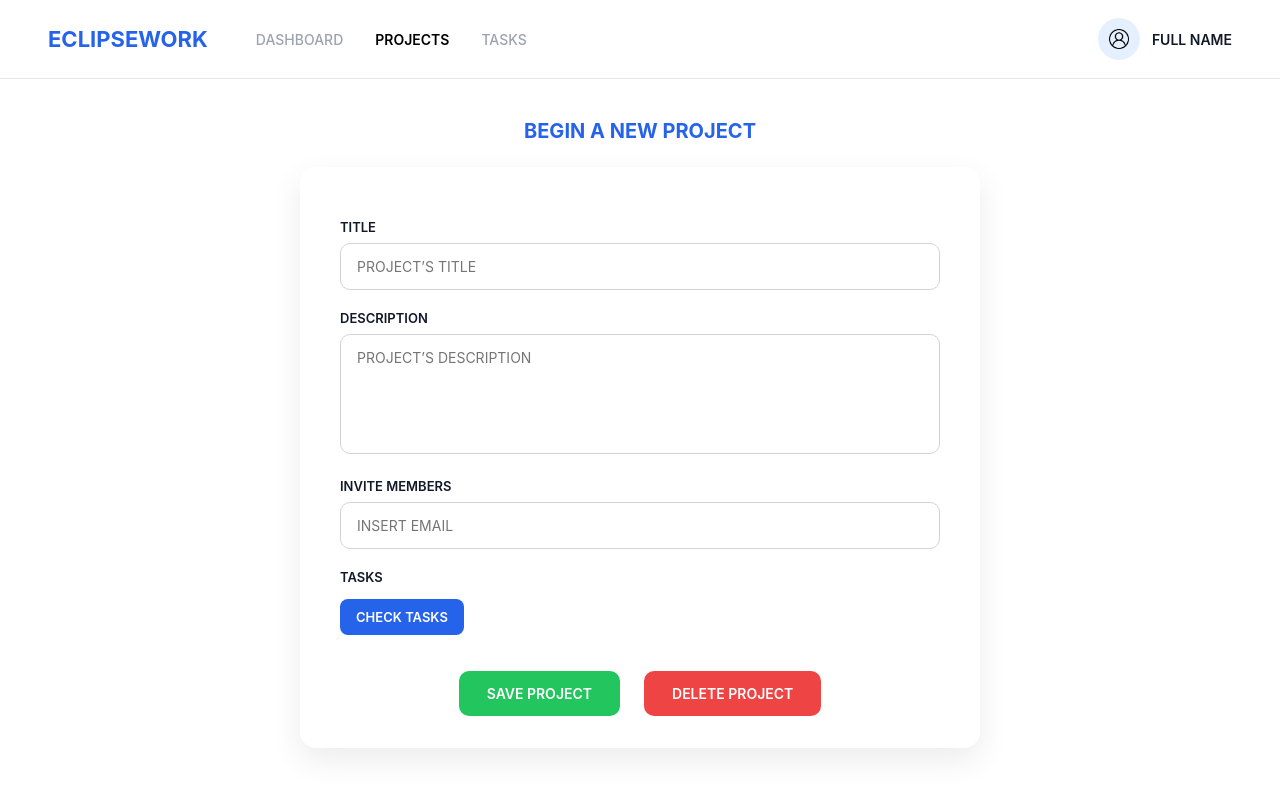
Repository: lynaannou/work-management-app
Page: src/main/resources/ressources/view/project-form.html
The author's editor kept a copy of each file at every save. The page is drawn from the files as they stood at one save, then again after the next save.
The browser window is 1280 px wide. The pictures show the whole page.

Above is the page before, as saved 2025-12-24 22:56:14.

### src/main/resources/ressources/view/project-form.html
<!DOCTYPE html>
<html lang="en">
<head>
  <meta charset="UTF-8">
  <title>ECLIPSEWORK – Project</title>
  <link rel="stylesheet" href="project-form.css">
</head>
<body>

<!-- =========================
     NAVBAR
========================= -->
<div class="navbar">
  <div class="nav-left">
    <div class="brand">ECLIPSEWORK</div>

    <div class="nav-links">
      <a href="#" onclick="goDashboard()">DASHBOARD</a>
      <a href="#" class="active">PROJECTS</a>
      <a href="#" onclick="goTasks()">TASKS</a>
    </div>
  </div>

  <div class="nav-right">
    <div class="avatar">
      <img src="user.png" alt="user">
    </div>
    <div class="user-name">FULL NAME</div>
  </div>
</div>

<!-- =========================
     PAGE TITLE
========================= -->
<h2 class="page-title">BEGIN A NEW PROJECT</h2>

<!-- =========================
     PROJECT FORM
========================= -->
<div class="form-container">

  <label>TITLE</label>
  <input
    type="text"
    id="projectTitle"
    placeholder="PROJECT’S TITLE"
  />

  <label>DESCRIPTION</label>
  <textarea
    id="projectDescription"
    placeholder="PROJECT’S DESCRIPTION"
  ></textarea>

  <label>INVITE MEMBERS</label>
  <input
    type="email"
    id="inviteEmail"
    placeholder="INSERT EMAIL"
  />

  <label>TASKS</label>
  <button class="btn-secondary" onclick="checkTasks()">
    CHECK TASKS
  </button>

  <div class="actions">
    <button class="btn-save" onclick="saveProject()">
      SAVE PROJECT
    </button>

    <button class="btn-delete" onclick="deleteProject()">
      DELETE PROJECT
    </button>
  </div>
</div>

<script>
function goDashboard() {
  if (window.java && window.java.goDashboard) {
    window.java.goDashboard();
  }
}

function goTasks() {
  if (window.java && window.java.goTasks) {
    window.java.goTasks();
  }
}

function checkTasks() {
  console.log("📋 Check tasks clicked");
}

function saveProject() {
  console.log("💾 Save project clicked");
}

function deleteProject() {
  console.log("🗑️ Delete project clicked");
}
</script>
<script>
/* =========================
   USER CONTEXT INITIALIZATION
========================= */
(function initUserContext() {

  if (!window.javaBridge) {
    console.error("❌ javaBridge not available");
    return;
  }

  const raw = window.javaBridge.getCurrentUserInfo();

  if (!raw || raw === "{}") {
    console.error("❌ No authenticated user");
    return;
  }

  try {
    const user = JSON.parse(raw);

    // Global user object (SINGLE SOURCE OF TRUTH)
    window.currentUser = {
      id: user.userId,
      fullName: user.firstName + " " + user.lastName,
      email: user.email,
      role: user.role
    };

    // Update header
    const nameEl = document.querySelector(".user-name");
    if (nameEl) {
      nameEl.textContent = window.currentUser.fullName;
    }

    console.log("✅ Current user loaded:", window.currentUser);

  } catch (e) {
    console.error("❌ Failed to parse user info", e);
  }
})();
</script>


</body>
</html>

### src/main/resources/ressources/view/project-form.css
/* =========================
   RESET
========================= */
* {
  margin: 0;
  padding: 0;
  box-sizing: border-box;
  font-family: "Inter", "Segoe UI", sans-serif;
}

body {
  background: #ffffff;
  color: #111827;
}

/* =========================
   NAVBAR
========================= */
.navbar {
  display: flex;
  justify-content: space-between;
  align-items: center;
  padding: 18px 48px;
  border-bottom: 1px solid #e5e7eb;
}

.nav-left {
  display: flex;
  align-items: center;
  gap: 48px;
}

.brand {
  font-size: 22px;
  font-weight: 700;
  color: #2563eb;
}

.nav-links {
  display: flex;
  gap: 32px;
}

.nav-links a {
  text-decoration: none;
  font-size: 14px;
  font-weight: 500;
  color: #9ca3af;
}

.nav-links a.active {
  color: #000;
  font-weight: 600;
}

.nav-right {
  display: flex;
  align-items: center;
  gap: 12px;
}

.avatar {
  width: 42px;
  height: 42px;
  border-radius: 50%;
  background: #e5f0ff;
  display: flex;
  align-items: center;
  justify-content: center;
}

.avatar img {
  width: 20px;
}

.user-name {
  font-size: 14px;
  font-weight: 600;
}

/* =========================
   TITLE
========================= */
.page-title {
  margin: 40px 0 24px;
  text-align: center;
  font-size: 20px;
  font-weight: 700;
  color: #2563eb;
}

/* =========================
   FORM CONTAINER
========================= */
.form-container {
  width: 680px;
  margin: 0 auto 60px;
  background: #ffffff;
  border-radius: 16px;
  padding: 32px 40px;
  box-shadow: 0 12px 32px rgba(0, 0, 0, 0.08);
}

/* =========================
   FORM ELEMENTS
========================= */
.form-container label {
  display: block;
  margin-top: 20px;
  margin-bottom: 8px;
  font-size: 13px;
  font-weight: 600;
  color: #111827;
}

.form-container input,
.form-container textarea {
  width: 100%;
  padding: 14px 16px;
  border-radius: 10px;
  border: 1px solid #d1d5db;
  font-size: 14px;
}

.form-container textarea {
  resize: none;
  height: 120px;
}

/* =========================
   BUTTONS
========================= */
.btn-secondary {
  margin-top: 6px;
  padding: 10px 16px;
  background: #2563eb;
  color: white;
  border: none;
  border-radius: 8px;
  font-size: 13px;
  font-weight: 600;
  cursor: pointer;
}

.btn-secondary:hover {
  background: #1e4fd8;
}

/* =========================
   ACTIONS
========================= */
.actions {
  display: flex;
  justify-content: center;
  gap: 24px;
  margin-top: 36px;
}

.btn-save {
  background: #22c55e;
  color: white;
  border: none;
  padding: 14px 28px;
  font-size: 14px;
  font-weight: 600;
  border-radius: 10px;
  cursor: pointer;
}

.btn-save:hover {
  background: #16a34a;
}

.btn-delete {
  background: #ef4444;
  color: white;
  border: none;
  padding: 14px 28px;
  font-size: 14px;
  font-weight: 600;
  border-radius: 10px;
  cursor: pointer;
}

.btn-delete:hover {
  background: #dc2626;
}

After the next save:
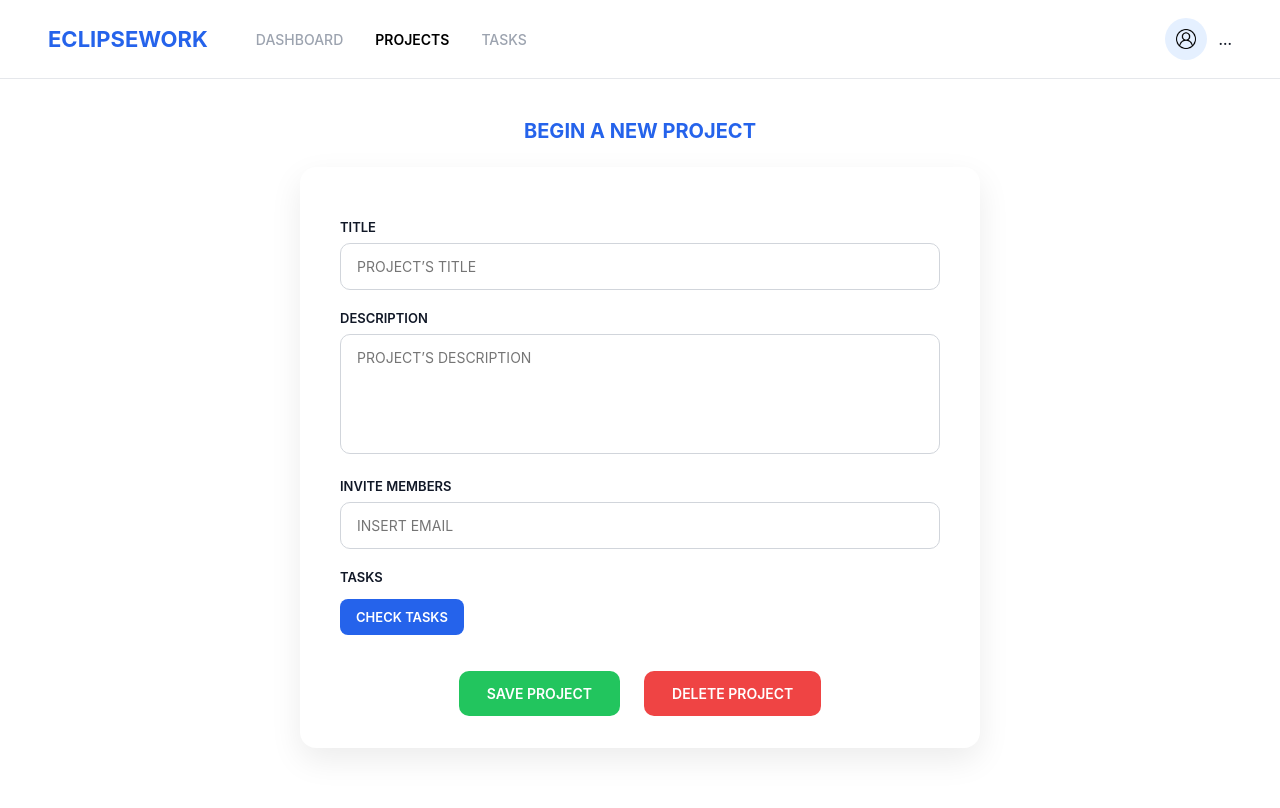
Saved 5 min 10 s later.
--- a/src/main/resources/ressources/view/project-form.html
+++ b/src/main/resources/ressources/view/project-form.html
@@ -2,9 +2,10 @@
 <html lang="en">
 <head>
   <meta charset="UTF-8">
-  <title>ECLIPSEWORK – Project</title>
+  <title>ECLIPSEWORK – New Project</title>
   <link rel="stylesheet" href="project-form.css">
 </head>
+
 <body>
 
 <!-- =========================
@@ -25,7 +26,7 @@
     <div class="avatar">
       <img src="user.png" alt="user">
     </div>
-    <div class="user-name">FULL NAME</div>
+    <div class="user-name">...</div>
   </div>
 </div>
 
@@ -39,20 +40,20 @@
 ========================= -->
 <div class="form-container">
 
-  <label>TITLE</label>
+  <label for="projectTitle">TITLE</label>
   <input
     type="text"
     id="projectTitle"
     placeholder="PROJECT’S TITLE"
   />
 
-  <label>DESCRIPTION</label>
+  <label for="projectDescription">DESCRIPTION</label>
   <textarea
     id="projectDescription"
     placeholder="PROJECT’S DESCRIPTION"
   ></textarea>
 
-  <label>INVITE MEMBERS</label>
+  <label for="inviteEmail">INVITE MEMBERS</label>
   <input
     type="email"
     id="inviteEmail"
@@ -75,39 +76,75 @@
   </div>
 </div>
 
+<!-- =========================
+     NAVIGATION FUNCTIONS
+========================= -->
 <script>
 function goDashboard() {
-  if (window.java && window.java.goDashboard) {
-    window.java.goDashboard();
+  if (window.java && window.java.openDashboard) {
+    window.java.openDashboard();
+  } else {
+    console.warn("Dashboard navigation not available");
   }
 }
 
 function goTasks() {
-  if (window.java && window.java.goTasks) {
-    window.java.goTasks();
+  if (window.java && window.java.openTasks) {
+    window.java.openTasks();
+  } else {
+    console.warn("Tasks navigation not available");
   }
 }
+</script>
 
+<!-- =========================
+     PROJECT ACTIONS (STUB)
+========================= -->
+<script>
 function checkTasks() {
   console.log("📋 Check tasks clicked");
 }
 
 function saveProject() {
-  console.log("💾 Save project clicked");
+  if (!window.currentUser) {
+    alert("User not loaded");
+    return;
+  }
+
+  const title = document.getElementById("projectTitle").value.trim();
+  const description = document.getElementById("projectDescription").value.trim();
+  const inviteEmail = document.getElementById("inviteEmail").value.trim();
+
+  if (!title) {
+    alert("Project title is required");
+    return;
+  }
+
+  console.log("💾 Saving project", {
+    userId: window.currentUser.id,
+    title,
+    description,
+    inviteEmail
+  });
+
+  // NEXT STEP:
+  // window.javaBridge.createProject(...)
 }
 
 function deleteProject() {
   console.log("🗑️ Delete project clicked");
 }
 </script>
+
+<!-- =========================
+     USER CONTEXT INITIALIZATION
+========================= -->
 <script>
-/* =========================
-   USER CONTEXT INITIALIZATION
-========================= */
-(function initUserContext() {
+function initUserContext() {
 
   if (!window.javaBridge) {
-    console.error("❌ javaBridge not available");
+    console.warn("⏳ Waiting for javaBridge...");
+    setTimeout(initUserContext, 50);
     return;
   }
 
@@ -121,7 +158,7 @@ function deleteProject() {
   try {
     const user = JSON.parse(raw);
 
-    // Global user object (SINGLE SOURCE OF TRUTH)
+    // SINGLE SOURCE OF TRUTH
     window.currentUser = {
       id: user.userId,
       fullName: user.firstName + " " + user.lastName,
@@ -129,7 +166,6 @@ function deleteProject() {
       role: user.role
     };
 
-    // Update header
     const nameEl = document.querySelector(".user-name");
     if (nameEl) {
       nameEl.textContent = window.currentUser.fullName;
@@ -140,9 +176,11 @@ function deleteProject() {
   } catch (e) {
     console.error("❌ Failed to parse user info", e);
   }
-})();
+}
+
+// Start initialization
+initUserContext();
 </script>
-
 
 </body>
 </html>
